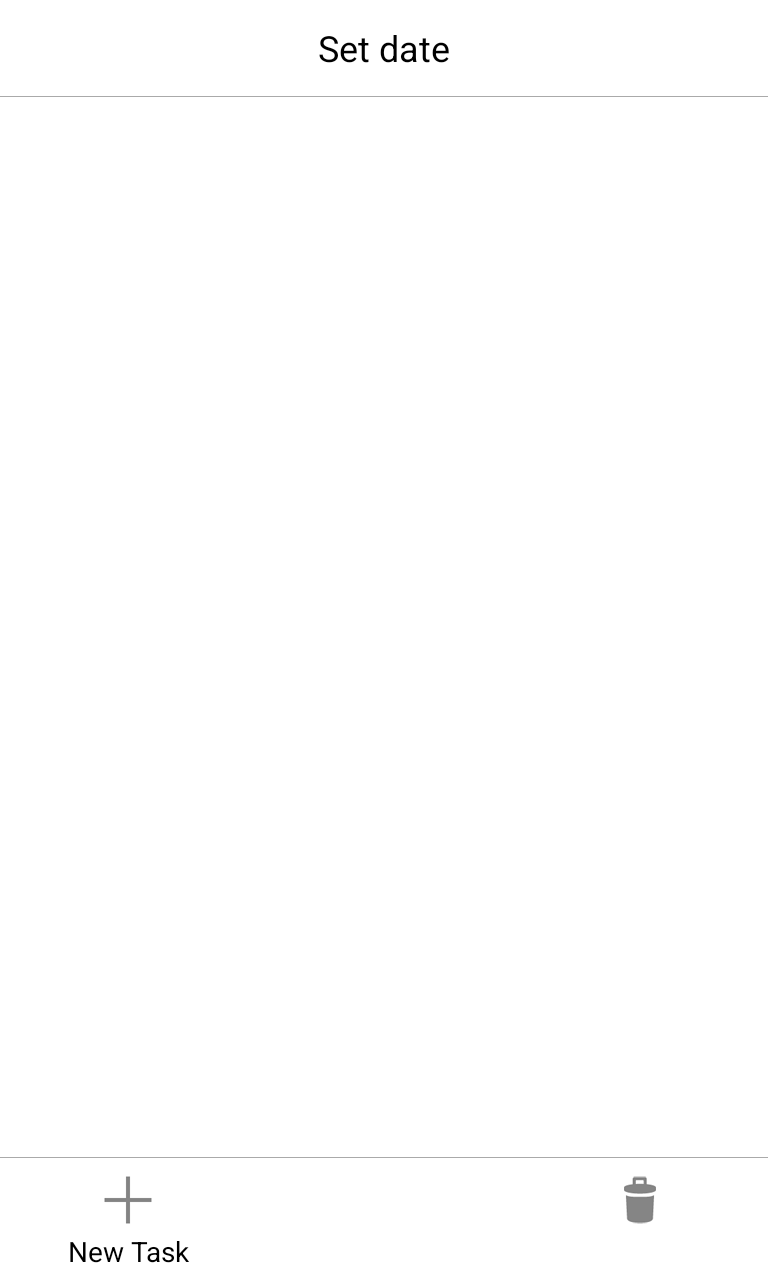
Repository: larserikstrand/IMT4904-Master
Layout: MTP/res/layout/activity_list.xml
These files come from the project's save history. The layout is drawn as it stood at one moment and after a run of saves; the edit follows.
It is drawn on a 768 x 1280 px phone screen (xhdpi) without system bars, with theme android:Theme.Holo.Light; the app's code is not run. Lists and similar views that code fills are empty.

Above is the layout before, as saved 2014-02-14 20:50:28.

After the next 2 saves:
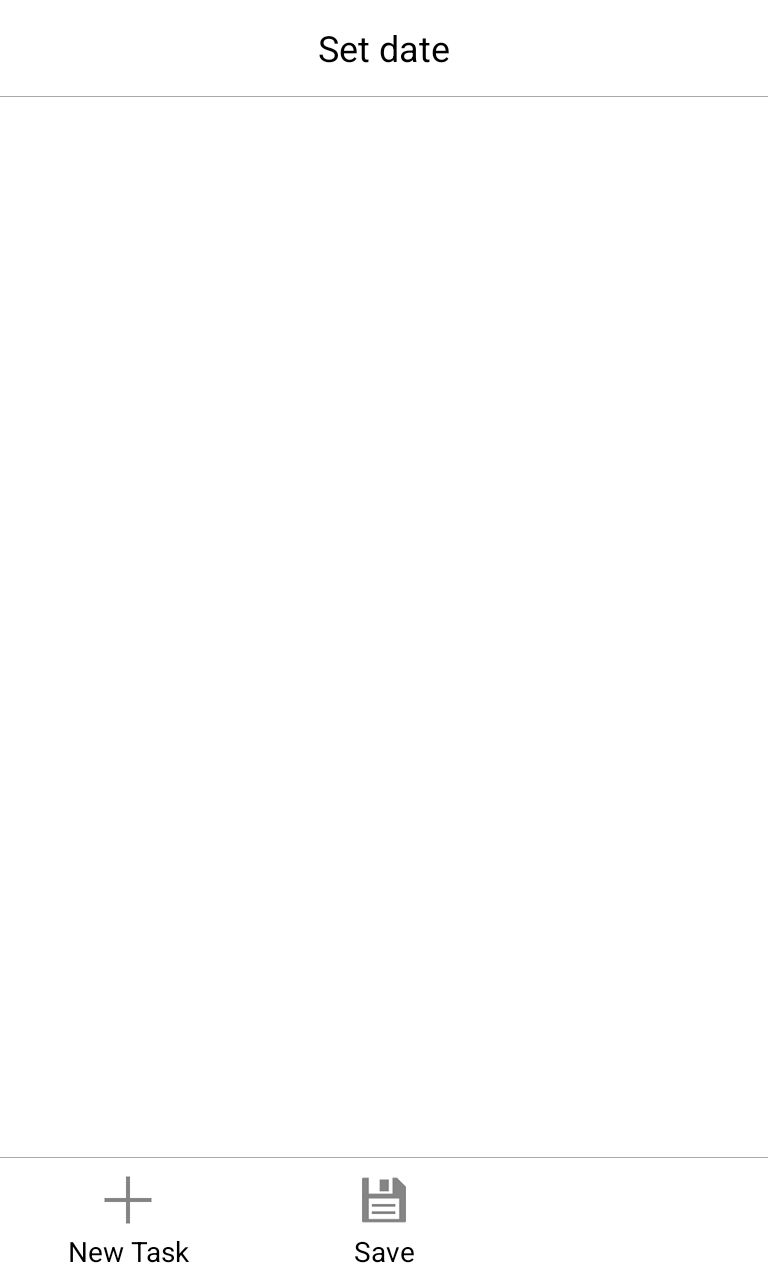
The 2 saves are shown as one change because they came seconds apart.
The last was saved 7 s later.
--- a/MTP/res/layout/activity_list.xml
+++ b/MTP/res/layout/activity_list.xml
@@ -41,7 +41,7 @@
         	android:textAppearance="?android:attr/textAppearanceSmall"
         	android:drawableTop="@drawable/ic_content_new" />
 
-        <ImageButton android:id="@+id/save_button"
+        <Button android:id="@+id/save_button"
             android:layout_width="0dp"
         	android:layout_height="wrap_content"
         	android:layout_weight="1"
@@ -52,7 +52,7 @@
         	android:textAppearance="?android:attr/textAppearanceSmall"
         	android:drawableTop="@drawable/ic_content_save" />
 
-        <ImageButton android:id="@+id/discard_button"
+        <Button android:id="@+id/discard_button"
             android:layout_width="0dp"
         	android:layout_height="wrap_content"
         	android:layout_weight="1"
